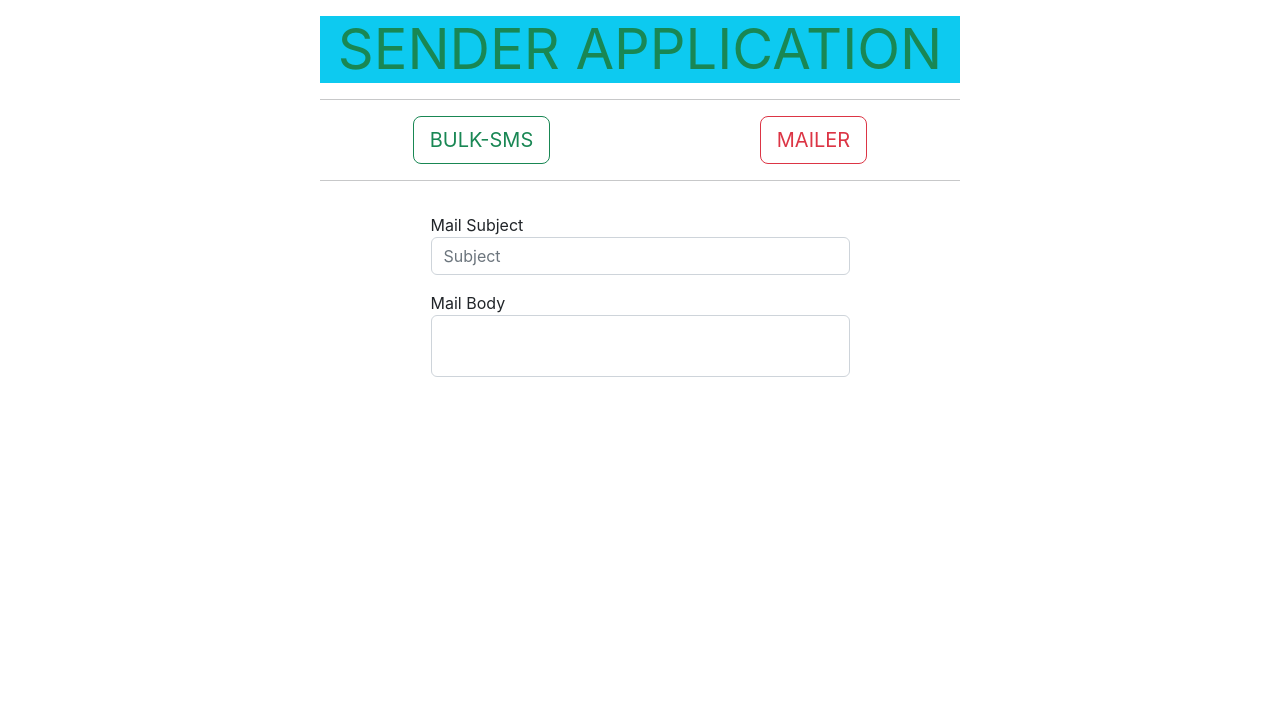
Repository: oluwaseyi9325/react-redux
Page: /
An editor plug-in stored every save of this project. The page is shown before and after a run of saves, followed by the edit.
The browser window is 1280 px wide. The pictures show the whole page.
The project was rebuilt for these pictures with package versions that can differ from the ones it lists, and the page was loaded fresh each time. Also part of the build but not shown: src/Pages/NotFond.tsx.

Above is the page before, as saved 2023-04-18 17:26:08.

### public/index.html
<!DOCTYPE html>
<html lang="en">

<head>
  <meta charset="utf-8" />
  <link rel="icon" href="%PUBLIC_URL%/favicon.ico" />
  <meta name="viewport" content="width=device-width, initial-scale=1" />
  <meta name="theme-color" content="#000000" />
  <meta name="description" content="Web site created using create-react-app" />
  <link rel="apple-touch-icon" href="%PUBLIC_URL%/logo192.png" />
  <link rel="manifest" href="%PUBLIC_URL%/manifest.json" />
  <link href="https://cdn.jsdelivr.net/npm/bootstrap@5.2.3/dist/css/bootstrap.min.css" rel="stylesheet" integrity="sha384-rbsA2VBKQhggwzxH7pPCaAqO46MgnOM80zW1RWuH61DGLwZJEdK2Kadq2F9CUG65" crossorigin="anonymous">
  <script src="https://cdn.jsdelivr.net/npm/bootstrap@5.2.3/dist/js/bootstrap.bundle.min.js" integrity="sha384-kenU1KFdBIe4zVF0s0G1M5b4hcpxyD9F7jL+jjXkk+Q2h455rYXK/7HAuoJl+0I4" crossorigin="anonymous"></script>
  <link rel="stylesheet" href="https://cdn.jsdelivr.net/npm/bootstrap-icons@1.10.3/font/bootstrap-icons.css">
  <title>SMS SENDER</title>
</head>

<body>
  <noscript>You need to enable JavaScript to run this app.</noscript>
  <div id="root"></div>
</body>

</html>

### src/index.tsx
import React from 'react';
import ReactDOM from 'react-dom/client';
import './index.css';
import App from './App';
import reportWebVitals from './reportWebVitals';
import { BrowserRouter } from 'react-router-dom';

const root = ReactDOM.createRoot(
  document.getElementById('root') as HTMLElement
);
root.render(
  <React.StrictMode>
    <BrowserRouter>
    <App />

    </BrowserRouter>
  </React.StrictMode>
);

// If you want to start measuring performance in your app, pass a function
// to log results (for example: reportWebVitals(console.log))
// or send to an analytics endpoint. Learn more: https://bit.ly/CRA-vitals
reportWebVitals();

### src/App.tsx
import React from 'react'
import { Route, Router, Routes } from 'react-router-dom'
import Index from './Pages/Index'
import Mailer from './Pages/Mailer'
import NotFond from './Pages/NotFond'

const App = () => {

  return (
    <>
    <Routes>
      <Route path='/' element={<Index/>} />
      <Route path='/mailer' element={<Mailer/>} />
      <Route path='*' element={<NotFond/>}/>
    </Routes>
    </>
  )
}

export default App

### src/Pages/Index.tsx
import React from 'react'
import Mailer from './Mailer'

const Index = () => {
  return (
   <>
     <Mailer/>
   </>
  )
}

export default Index

### src/Pages/Mailer.tsx
import React from 'react'
import NavBar from '../Components/NavBar'

const Mailer = () => {
  return (
   <>
    <NavBar/>

    <div className='container'>
       <div className='row mt-3'>
       <div className='mx-auto col-5'>
            <div className='p-3'>
                  <div>
                    <div>
                         <label>Mail Subject</label>
                        <input className='form-control' type="text" placeholder='Subject' />
                    </div>
                    <div className='my-3'>
                    <label>Mail Body</label>
                        <textarea style={{resize:"none"}} className='form-control'>

                        </textarea>
                    </div>
                  </div>
            </div>
       </div>
       </div>
    </div>

   </>
  )
}

export default Mailer

### src/Components/NavBar.tsx
import React from 'react'

const NavBar = () => {
  return (
    <>

      <div className='text-center col-6 mx-auto mt-3'>
        <h4 className='text-success display-4 bg-info'><b>SENDER APPLICATION</b></h4>
        <hr/>
        <div className='gap-4 d-flex justify-content-around'>
            <button className='btn btn-outline-success btn-lg'>BULK-SMS</button>
            <button className='btn btn-outline-danger btn-lg'>MAILER</button>
        </div>
        <hr/>
      </div>

    </>
  )
}

export default NavBar

Loaded but not shown: src/index.css (common file); src/reportWebVitals.ts (common file)

After the next 3 saves:
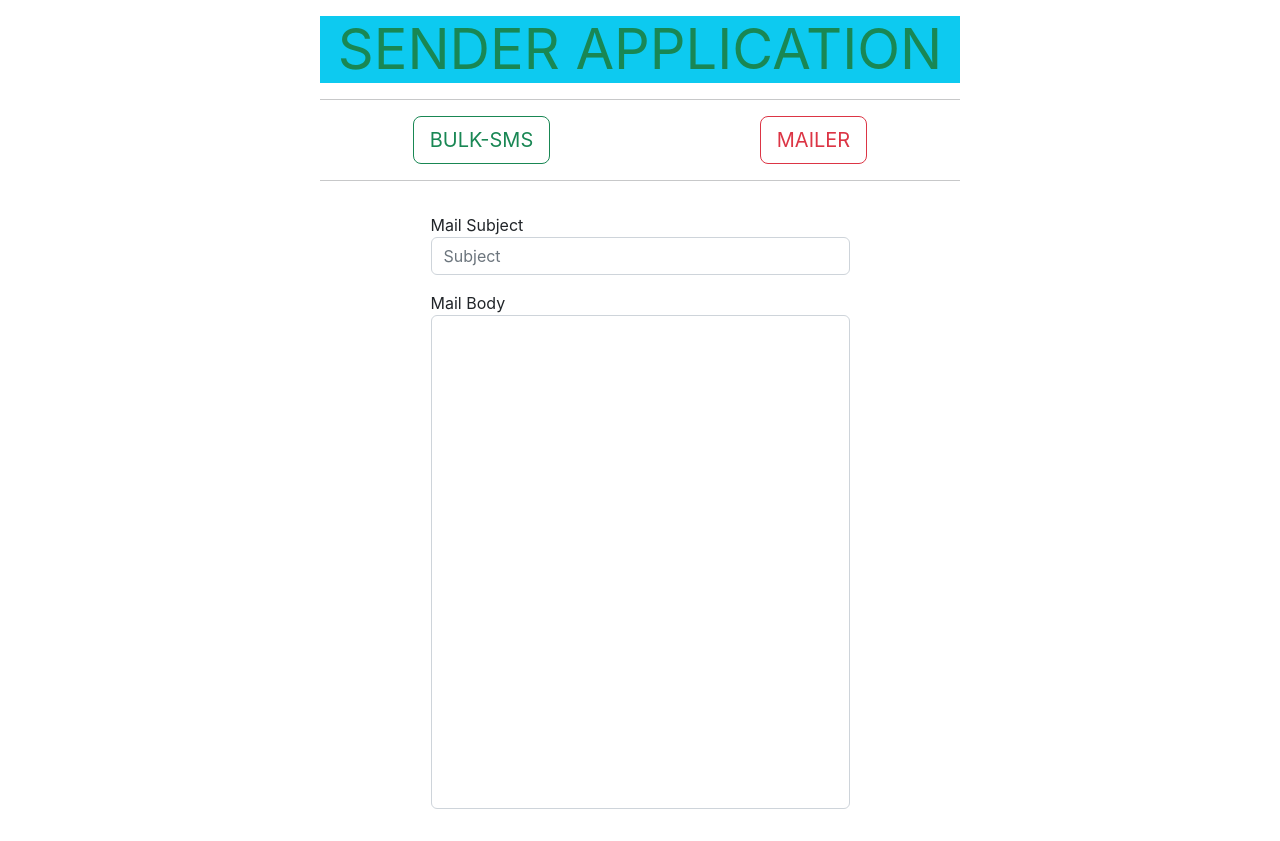
The 3 saves are shown as one change because they came seconds apart.
The last was saved 10 s later.
--- a/src/Pages/Mailer.tsx
+++ b/src/Pages/Mailer.tsx
@@ -17,7 +17,7 @@ const Mailer = () => {
                     </div>
                     <div className='my-3'>
                     <label>Mail Body</label>
-                        <textarea style={{resize:"none"}} className='form-control'>
+                        <textarea rows={20} style={{resize:"none"}} className='form-control'>
 
                         </textarea>
                     </div>
